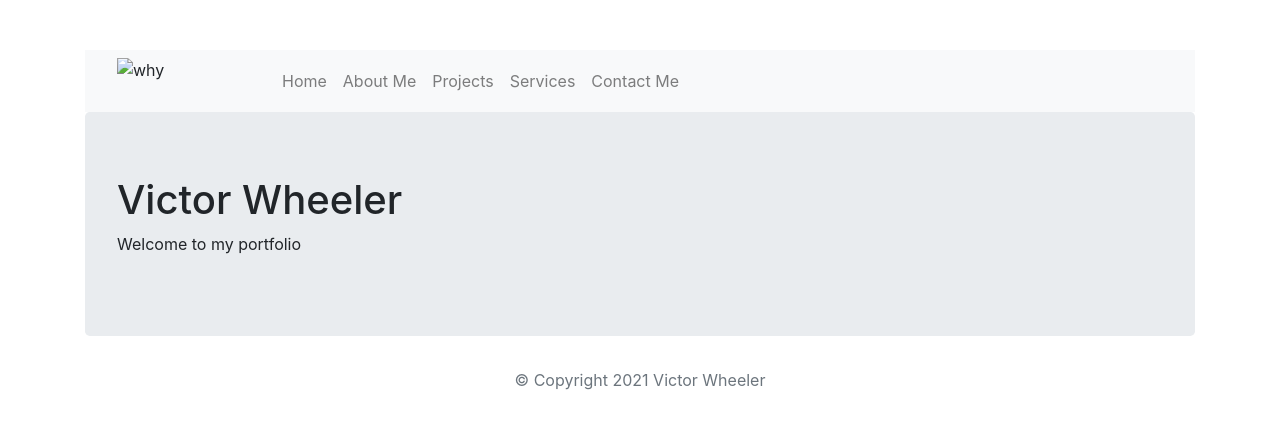
Repository: VictorWheeler/COMP_229_301167760
Page: http://localhost/
The author's editor kept a copy of each file at every save. The page is drawn from the files as they stood at one save, then again after the next save.
The browser window is 1280 px wide. The pictures show the whole page.
The page is served by the project's Node server (server.js).

Above is the page before, as saved 2021-09-30 08:23:59.
Not found: Express-Portfolio-Site/images/vw_logo

After the next save:
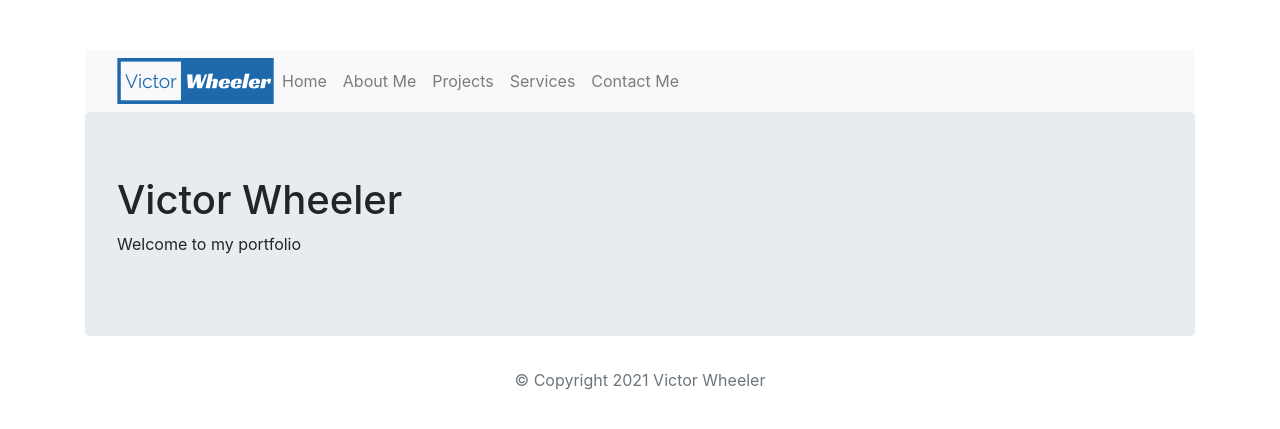
Saved 8 s later.
--- a/Express-Portfolio-Site/views/partials/header.ejs
+++ b/Express-Portfolio-Site/views/partials/header.ejs
@@ -1,5 +1,5 @@
 <nav class="navbar navbar-expand-lg navbar-light bg-light">
-  <a class="navbar-brand"></a><img class="logo" src="/images/vw_logo" width="157" height="46" alt="why">
+  <a class="navbar-brand"></a><img class="logo" src="/images/vw_logo.png" width="157" height="46" alt="why">
    <ul class="navbar-nav mr-auto">
     <li class="nav-item">
       <a class="nav-link" href="/">Home</a>
